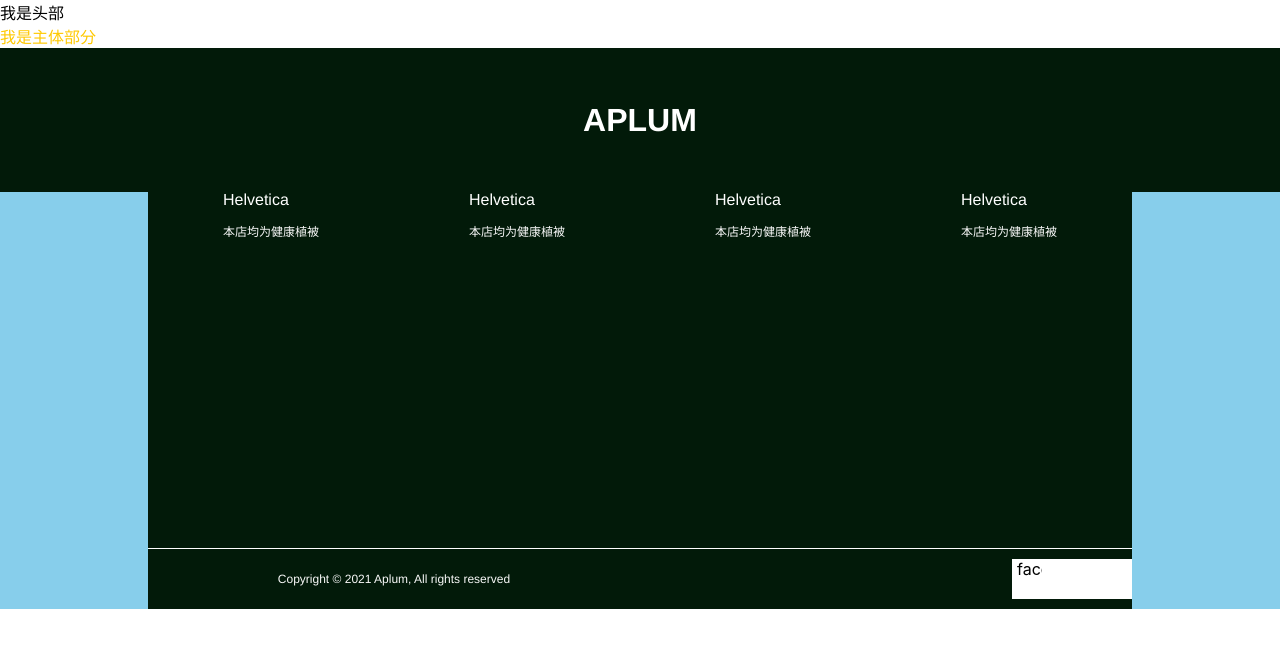
Repository: Alicehhhmm/aplum
Page: /
The author's editor kept a copy of each file at every save. The page is drawn from the files as they stood at one save, then again after a run of saves.
The browser window is 1280 px wide. The pictures show the whole page.
The project was rebuilt for these pictures with package versions that can differ from the ones it lists, and the page was loaded fresh each time. Also part of the build but not shown: src/App.css.

Above is the page before, as saved 2021-10-08 17:38:15.

### src/index.js
import React from 'react';
import ReactDOM from 'react-dom';
import './index.css';
import App from './App';
import reportWebVitals from './reportWebVitals';

ReactDOM.render(
  <React.StrictMode>
    <App />

  </React.StrictMode>,
  document.getElementById('root')
);


reportWebVitals();

### src/App.js


// import Footer from './views/footer/footer';//尾部
import Footer from './components/footer';
import Body from './components/body';
import Header from './components/header';
import './App.css';

function App() {
  return (
    <div>
      <Header/>
      <Body/>
      <Footer/>
    </div>
  );
}

export default App;

### src/components/footer/index.jsx
import React, { Component } from "react";
import './index.css'
import IconFont from "../iconfont/IconFont";

export default class Footer extends Component{

    render(){
        return(
            <div className="mu" >
                <div className="mut">APLUM</div>
                <div className="mub">
                    <div className="mutt">
                        <view className="ttbn" >
                            <ul>
                                <p className="p">Helvetica</p>
                                <li className="li">本店均为健康植被</li>
                            </ul>
                        </view>
                        <view className="ttbn" >
                            <ul>
                                <p className="p">Helvetica</p>
                                <li className="li">本店均为健康植被</li>
                            </ul>
                        </view>
                        <view className="ttbn" >
                            <ul>
                                <p className="p">Helvetica</p>
                                <li className="li">本店均为健康植被</li>
                            </ul>
                        </view>
                        <view className="ttbn" >
                            <ul>
                                <p className="p">Helvetica</p>
                                <li className="li">本店均为健康植被</li>
                            </ul>
                        </view>
                    </div>
                    <div className="mubb" >
                        <view className="bbtn">
                            <p className="copright">Copyright © 2021 Aplum,  All rights reserved</p>
                        </view>
                        <view className="bbtnx">
                            <a className="icon">facebook</a>
                            <a className="icon">
                            <IconFont type = "icon-icon-facebook"/>
                            </a>
                            <a className="icon"></a>
                            <a className="icon"></a>
                        </view>
                    </div>

                </div>
            </div>
        )
    }
}

### src/components/body/index.jsx
import React from "react";
import "./index.css"

function Footer(){
    return(
        <div style={{color:'#ffc900'}}>
          <p calssname="mm"> 我是主体部分 </p>
        </div>

    );
}




export default Footer;

### src/components/header/index.jsx
import React, { Component } from "react";
// import './index.css'

export default class Header extends Component{
    render(){
        return(
            <div className="mn" >我是头部</div>
        )
    }
}

### src/components/footer/index.css
*{
    margin: 0;
    padding: 0;
    list-style-type:none;
}
.mu{
    width: auto;
    height: 500px;
    display: flex;
    flex-direction: column;
    justify-content: space-between;
    background-color: sandybrown;
}
.mut{
    width: auto;
    height: 144px;
    line-height: 144px;
    font-size: 32px;
    font-weight: 700;
    color: #ffffff;
    font-family:Helvetica,Arial,sans-serif ;
    display: flex;
    flex-direction: column;
    justify-content: center;
    align-items: center;
    flex-grow: 0;
    background-color: rgb(2, 26, 9);
}
.mub{
    width: auto;
    display: flex;
    flex-direction: column;
    justify-content: center;
    align-items: center;
    flex-grow: 1;
    background-color: skyblue;
}
.mutt{
    width: auto;
    margin: 0 320px;
    display: flex;
    flex-grow: 1;
    background-color: tan;
}
.ttbn{
    width: 222px;
    height: 356px;
    padding: 0 12px;
    display: flex;
    flex-direction: column;
    align-items: center;
    background-color: rgb(2, 26, 9);
}
.p{
    font-size: 16px;
    line-height: 16px;
    color: #ffffff;
    font-family:Helvetica,Arial,sans-serif ;
    margin-bottom: 14px;
}
.li{
    font-size: 12px;
    color: #f9f9f9;
}
.mubb{
    width: auto;
    display: flex;
    flex-direction: row;
    justify-content: space-between;
    flex-grow: 0;
    border-top:1px solid #ffffff;
}
.bbtn{
    width: 492px;
    height: 60px;
    display: flex;
    justify-content: center;
    align-items: center;
    background-color: rgb(2, 26, 9);
}
.copright{
    font-family:  Helvetica,"sans-serif-light",sans-serif;
    font-size: 12px;
    font-weight: 300;
    color: #f9f9f9;
}
.bbtnx{
    width: 492px;
    height: 60px;
    display: flex;
    justify-content: flex-end;
    align-items: center;
    background-color: rgb(2, 26, 9);
}
.icon{
    width: 20px;
    height: 40px;
    padding: 0 5px;
    background-color: #ffffff;
}

### src/components/iconfont/IconFont.jsx
import { createFromIconfontCN } from '@ant-design/icons';

const IconFont = createFromIconfontCN({
	scriptUrl: 'https://at.alicdn.com/t/font_2841177_2qns8wxk5sa.js',
    // scriptUrl的值是从阿里图标库中复制过来的，每次添加了图标都要重新复制新的链接
});

export default IconFont;

### src/components/body/index.css
*{
    margin: 0;
    padding: 0;
}
.mm{
    background-color: sandybrown;
}

### src/components/header/index.scss
*{
    margin: 0;
    padding: 0;
}
.mn{
    background-color: sandybrown;
}

Loaded but not shown: public/index.html (common file); src/index.css (common file); src/reportWebVitals.js (common file)

After the next 5 saves:
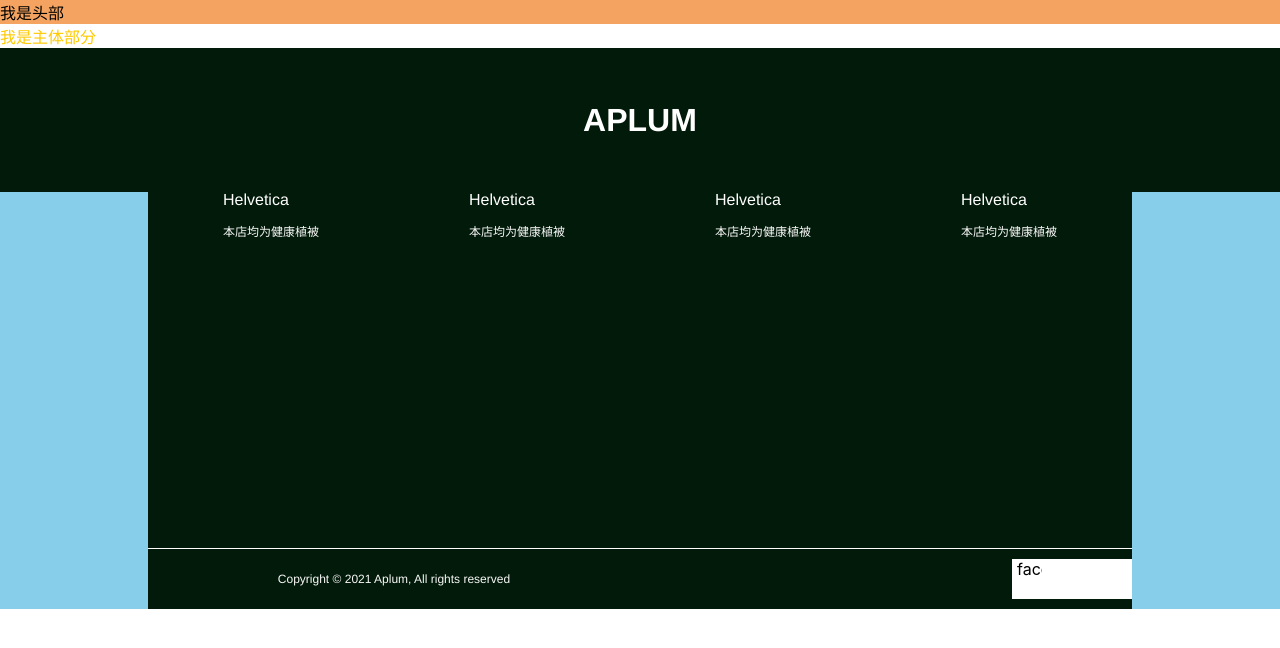
The 5 saves are shown as one change because 1 did not build or start and some came seconds apart.
The last was saved 18 s later.
--- a/src/components/header/index.jsx
+++ b/src/components/header/index.jsx
@@ -1,6 +1,5 @@
 import React, { Component } from "react";
-// import './index.css'
-
+import './index.scss'
 export default class Header extends Component{
     render(){
         return(
